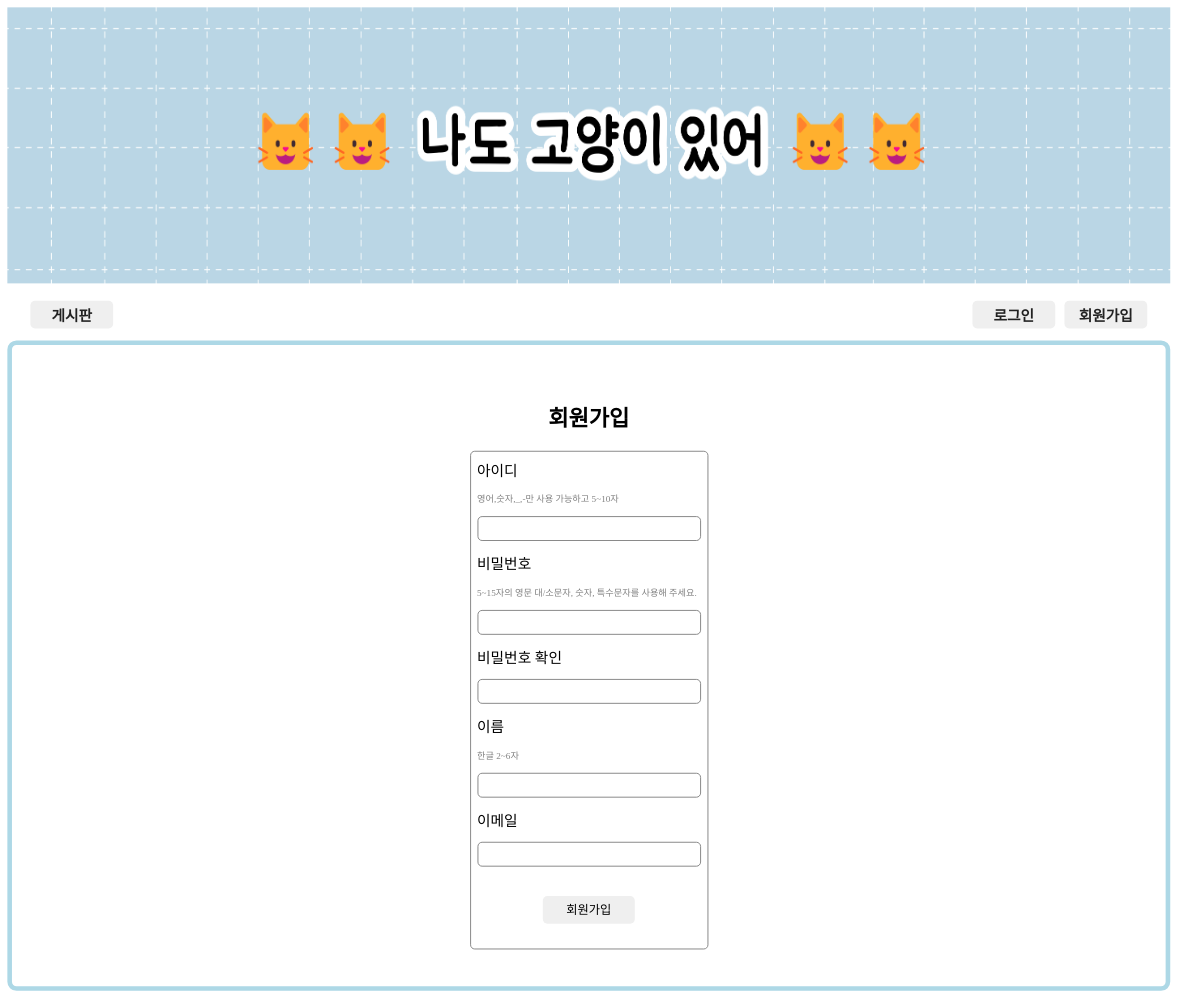
Repository: hh7711/Goit
Page: http://localhost/Goit/WEB-INF/views/signUpPage.jsp
An editor plug-in stored every save of this project. The page is shown before and after the next save, followed by the edit.
The browser window is 1280 px wide. The pictures show the whole page, at 92% of full size.
Some web fonts or font styles are not loaded; a fallback is used. The page is served by Tomcat 9. Nobody is signed in. The template is opened directly, without the code that normally fills it, so the values that code supplies are empty.

Above is the page before, as saved 2023-08-03 07:16:27.

After the next save:
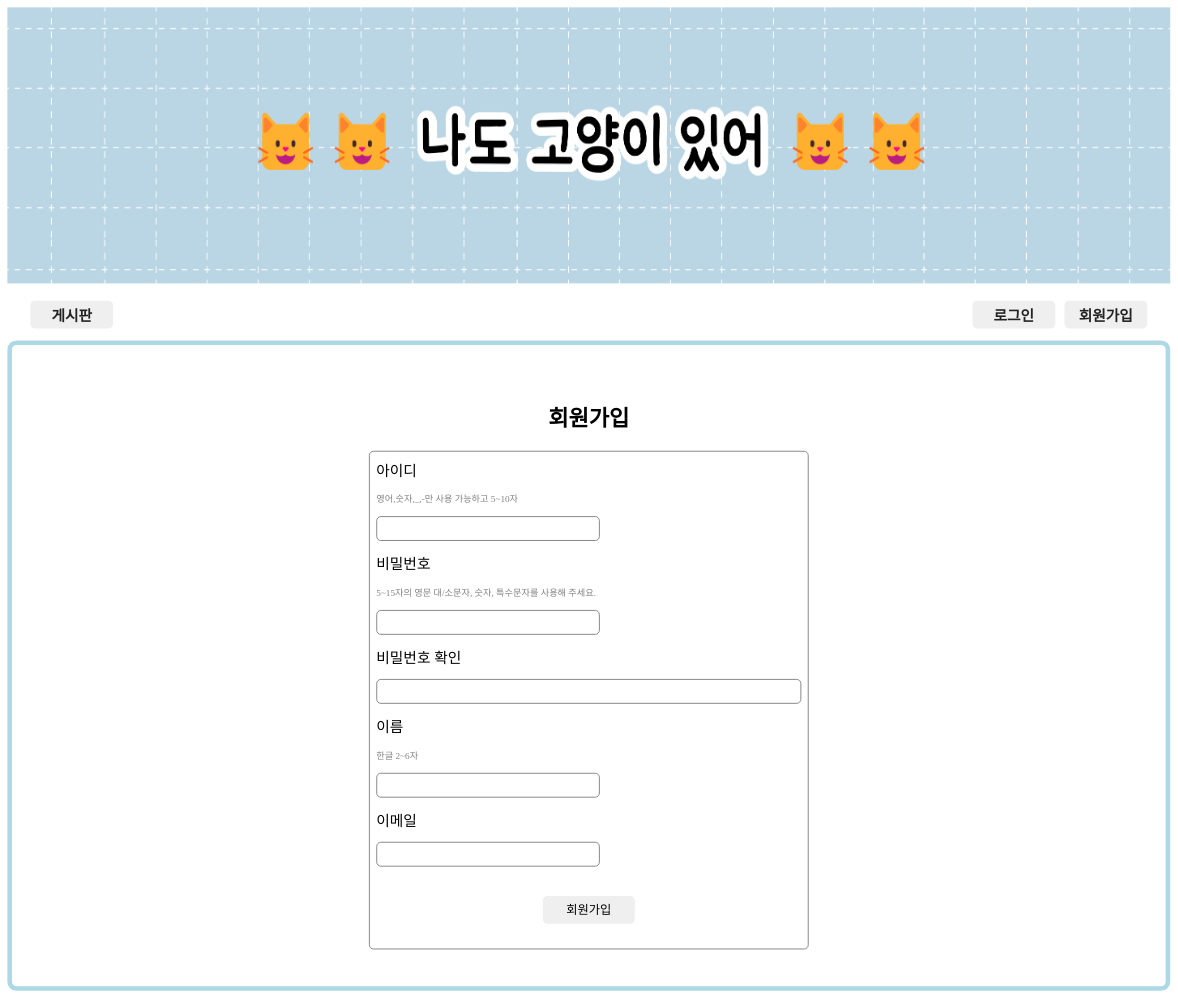
Saved 16 min 40 s later.
--- a/Goit/src/main/webapp/WEB-INF/views/signUpPage.jsp
+++ b/Goit/src/main/webapp/WEB-INF/views/signUpPage.jsp
@@ -151,7 +151,7 @@
 						</tr>
 			            <tr>
 			                <td>
-			                    <input type="password" name="pwd" id="pwd2" class="write" size="30" maxlength="15">
+			                    <input type="password" name="pwd" id="pwd2" class="write" size="60" maxlength="15">
 			                </td>
 			            </tr>
 			            <tr id="pwdX" style="display: none;">
